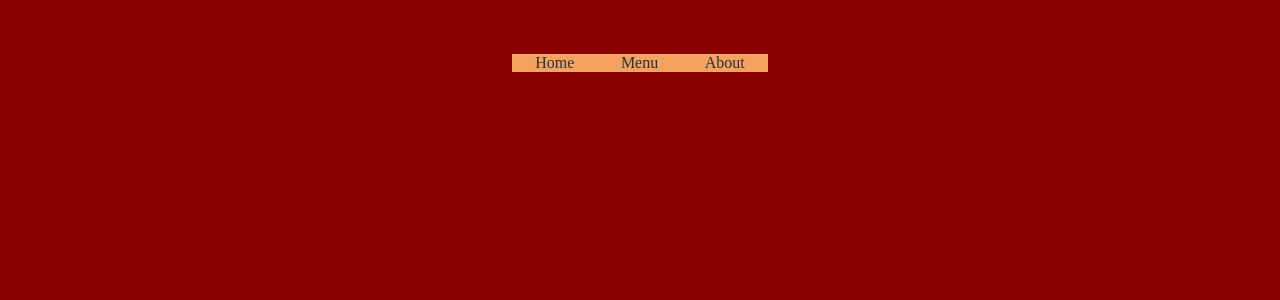
Repository: Dimitris2031/Restaurant-Front-page
Page: / (app in webpack-practice/)
The author's editor kept a copy of each file at every save. The page is drawn from the files as they stood at one save, then again after the next save.
The browser window is 1280 px wide. The pictures show the whole page.
The project was rebuilt for these pictures with package versions that can differ from the ones it lists, and the page was loaded fresh each time. Also part of the build but not shown: webpack-practice/webpack.config.js.

Above is the page before, as saved 2025-09-10 10:34:09.

### webpack-practice/src/template.html
<!DOCTYPE html>
<html lang="en">
<head>
  <meta charset="UTF-8">
  <title>Webpack Practice</title>
</head>
<body>
  <header>
    <div class="nav-container">
        <nav>Home</nav>
        <nav>Menu</nav>
        <nav>About</nav>
    </div>
  </header>
  <div id="content"></div>
</body>
</html>

### webpack-practice/src/index.js
// src/index.js
import "./styles.css";
// import odinImage from "./odin.png";
import { greeting } from "./greeting.js";
const image = document.createElement("img");
// image.src = odinImage;

// document.body.appendChild(image);

console.log(greeting);

### webpack-practice/src/styles.css
*{
  margin: 0;
  padding: 0;

}

/* styles.css */
body {
  background-color: #8B0000;
}

header{
  display:flex;
  justify-content:center;
  align-items:end;
  gap: 5%;
  height: 10vh;
}

.nav-container{
  display:flex;
  justify-content:space-around;
  align-items:center;
  width: 20%;
  background-color: #F4A261;
}

nav{
  color: #2F2F2F;
}

### webpack-practice/src/greeting.js
// greeting.js
console.log("greeting.js is loaded");

After the next save:
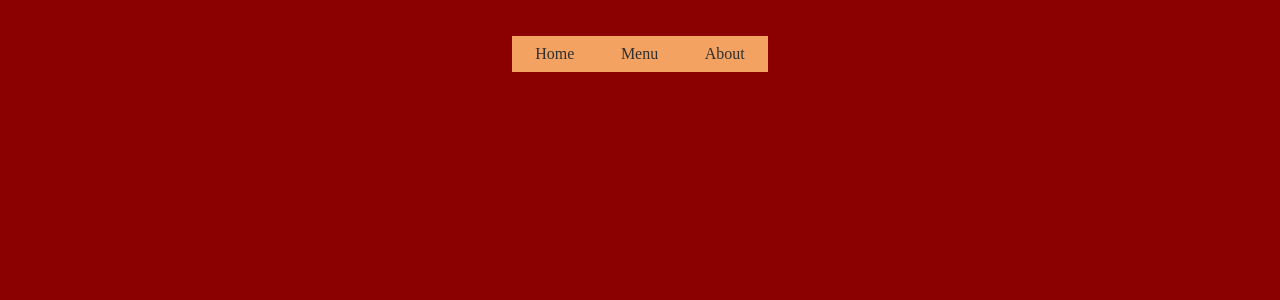
Saved 12 s later.
--- a/webpack-practice/src/styles.css
+++ b/webpack-practice/src/styles.css
@@ -22,6 +22,7 @@ header{
   justify-content:space-around;
   align-items:center;
   width: 20%;
+  height: 50%;
   background-color: #F4A261;
 }
 
